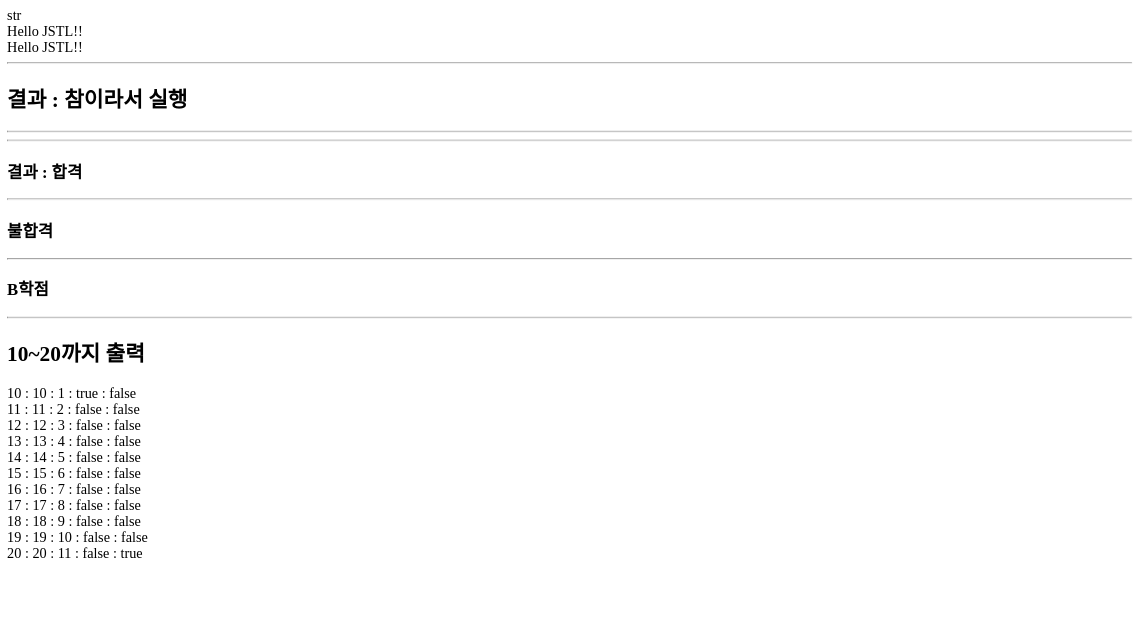
Repository: hagjun/jspstudy
Page: http://localhost/01_servlet/jsp/ex09_jstl.jsp
These files come from the project's save history. The page is drawn as it stood at one moment and after the next save; the edit follows.
The browser window is 1280 px wide. The pictures show the whole page, at 89% of full size.
The page is served by Tomcat 9.

Above is the page before, as saved 2024-03-07 02:53:29.

After the next save:
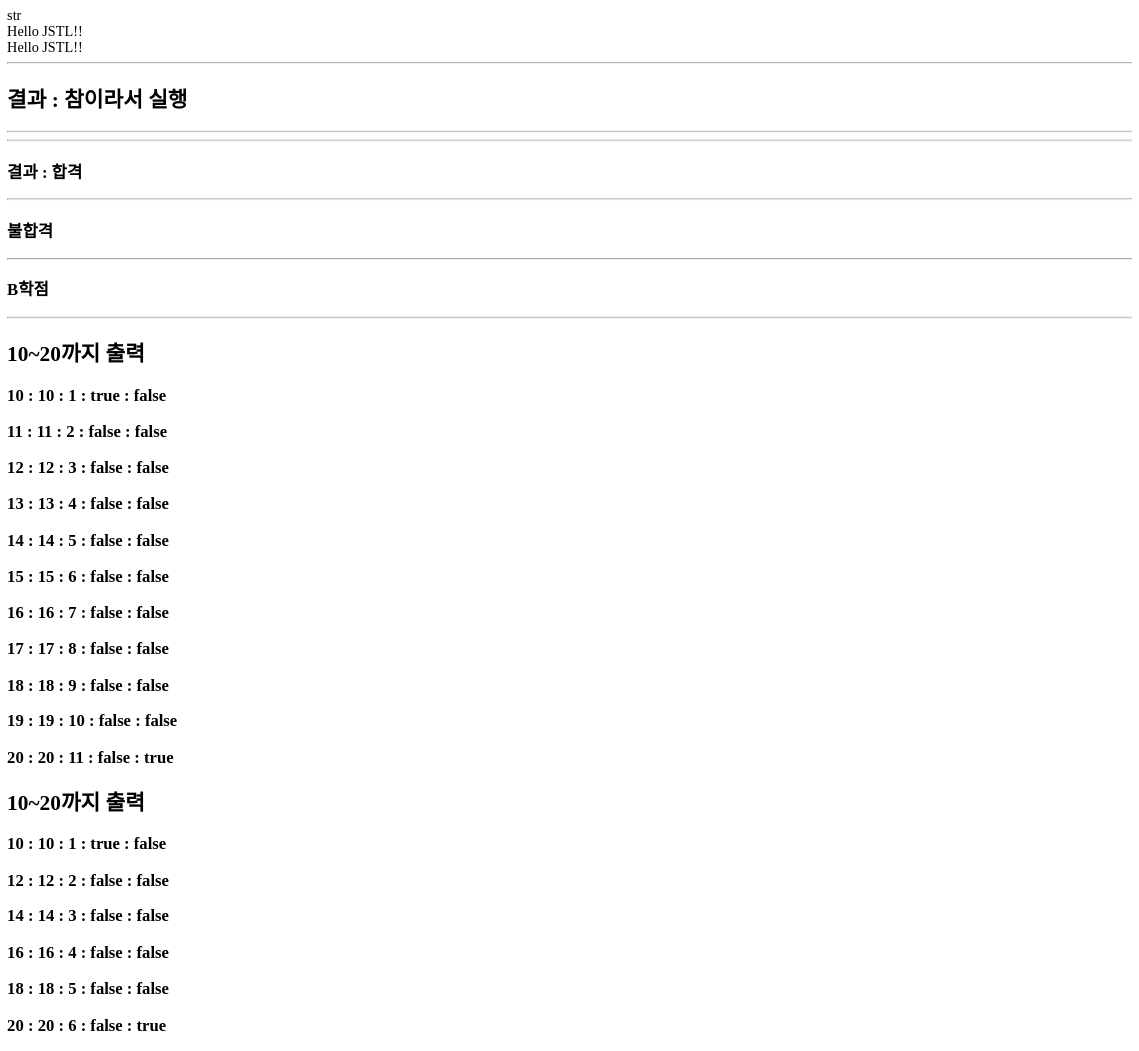
Saved 2 min 0 s later.
--- a/01_servlet/src/main/webapp/jsp/ex09_jstl.jsp
+++ b/01_servlet/src/main/webapp/jsp/ex09_jstl.jsp
@@ -111,7 +111,12 @@
 	 --%>
 	<h2>10~20까지 출력</h2>
 	<c:forEach begin="10" end="20" step="1" var="k" varStatus="vs">
-		${k} : ${vs.index } : ${vs.count } : ${vs.first } : ${vs.last }  <br>
+		<h3>${k} : ${vs.index } : ${vs.count } : ${vs.first } : ${vs.last }</h3>
+	</c:forEach>
+	<%-- 짝수만 출력 --%>
+	<h2>10~20까지 출력</h2>
+	<c:forEach begin="10" end="20" step="2" var="k" varStatus="vs">
+		<h3>${k} : ${vs.index } : ${vs.count } : ${vs.first } : ${vs.last }</h3>
 	</c:forEach>
 </body>
 </html>
